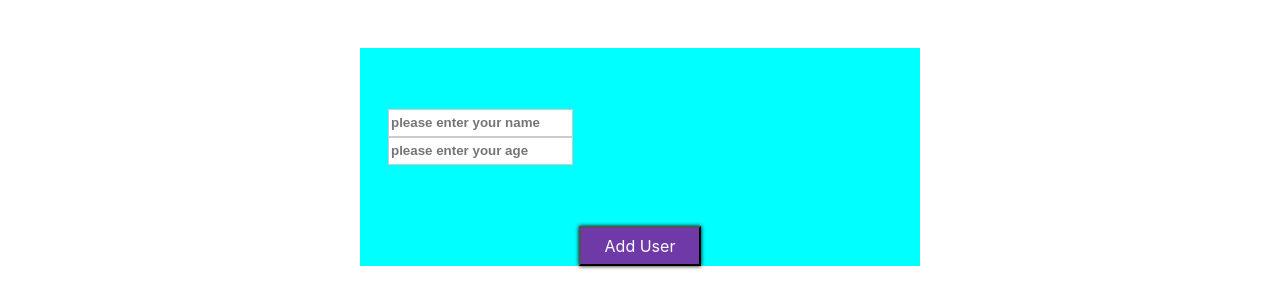
Repository: NamalPathirana/section-eight
Page: /
An editor plug-in stored every save of this project. The page is shown before and after the next save, followed by the edit.
The browser window is 1280 px wide. The pictures show the whole page.
The project was rebuilt for these pictures with package versions that can differ from the ones it lists, and the page was loaded fresh each time.

Above is the page before, as saved 2021-11-25 21:50:34.

After the next save:
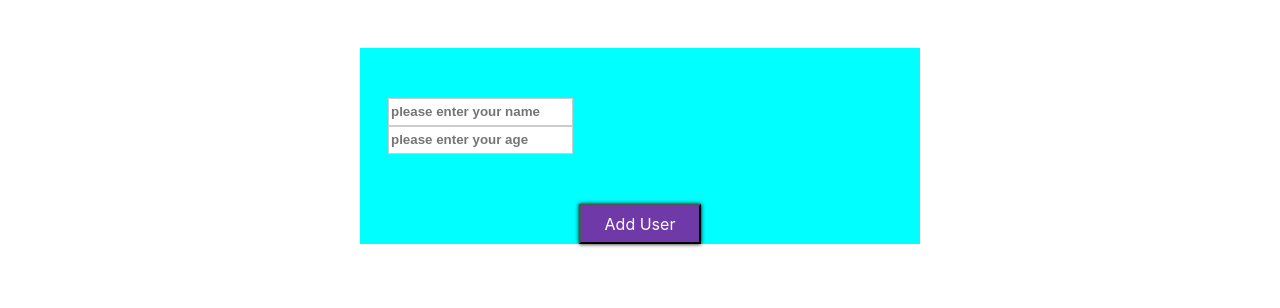
Saved 8 s later.
--- a/src/Components/UserInput/UserInput.module.css
+++ b/src/Components/UserInput/UserInput.module.css
@@ -1,6 +1,6 @@
 .frame{
     margin: 0.5rem 0.5rem;
-    padding: 0.8rem 0.5rem;
+    padding: 0.120rem 0.5rem;
     width: 35rem;
     max-width: 90%;
     margin: 3rem auto;
